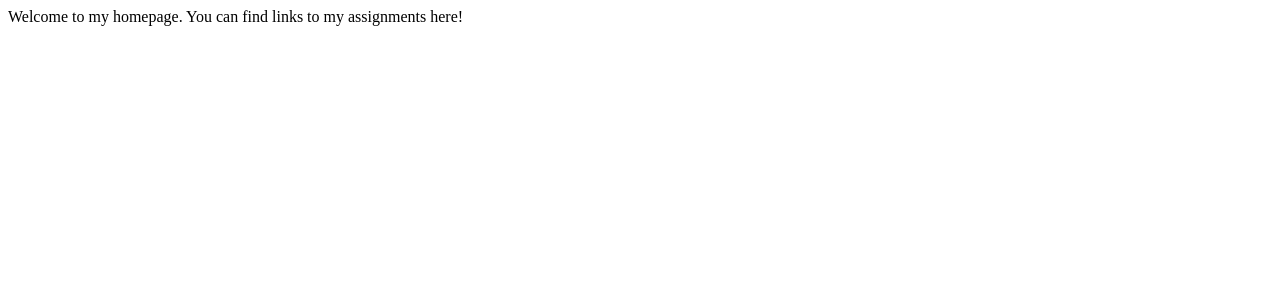
Repository: diasm568/diasm568.github.io
Page: composition/index.html
The author's editor kept a record of every edit. The page is drawn from the files as they stood at one moment, then again after the next edit.
The browser window is 1280 px wide. The pictures show the whole page.

Above is the page before.

### composition/index.html
<html>
    <head>
        <title>Hello World!</title>
    </head>

    <p>Welcome to my homepage. You can find links to my assignments here!</p>

</html>

After the next edit:
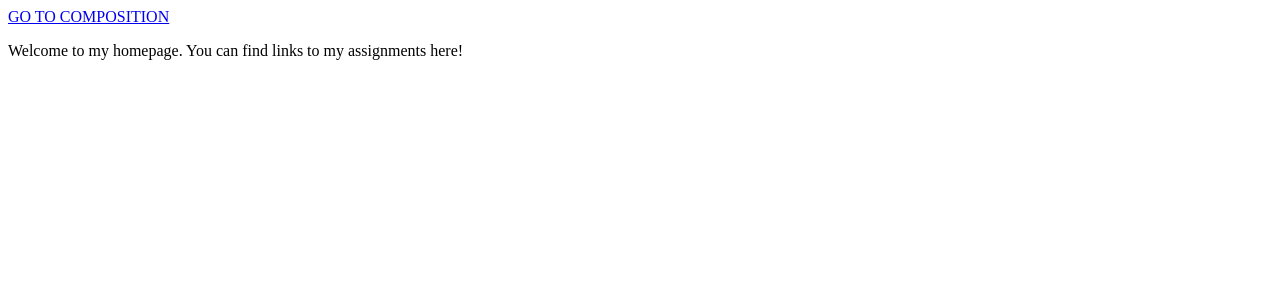
The edit:
--- a/composition/index.html
+++ b/composition/index.html
@@ -3,6 +3,8 @@
         <title>Hello World!</title>
     </head>
 
+    <body>
+    <a href="composition/index.html">GO TO COMPOSITION</a>
     <p>Welcome to my homepage. You can find links to my assignments here!</p>
 
 </html>
